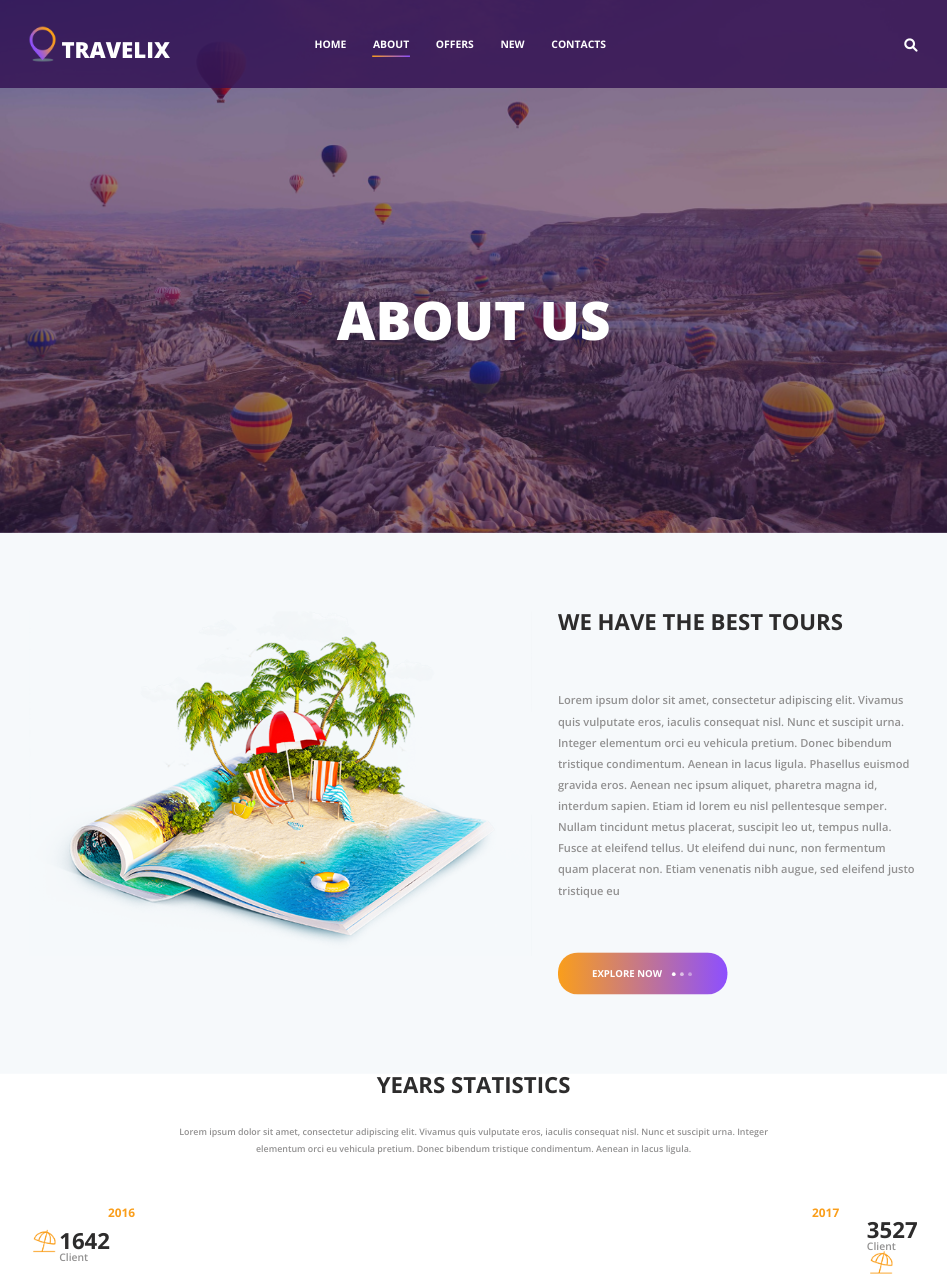
Repository: phamhuuloc/Travelix_Template
Page: about.html
An editor plug-in stored every save of this project. The page is shown before and after the next save, followed by the edit.
The browser window is 1280 px wide. The pictures show the whole page, at 74% of full size.
Backgrounds fixed to the window are drawn as part of the page. Some web fonts or font styles are not loaded; a fallback is used.

Above is the page before, as saved 2021-10-13 09:19:19.

### about.html
<!DOCTYPE html>
<html lang="en">
  <head>
    <meta charset="UTF-8" />
    <meta http-equiv="X-UA-Compatible" content="IE=edge" />
    <meta name="viewport" content="width=device-width, initial-scale=1.0" />
    <title>Document</title>
    <link rel="shortcut icon" href="./assets/img/logo.png" />
    <link
      href="https://fonts.googleapis.com/css2?family=Caramel&display=swap"
      rel="stylesheet"
    />
    <!-- GOOGLE FONT -->
    <link
      href="https://fonts.googleapis.com/css2?family=Birthstone&display=swap"
      rel="stylesheet"
    />
    <!-- FONT AWESOME -->
    <link
      rel="stylesheet"
      href="https://cdnjs.cloudflare.com/ajax/libs/font-awesome/6.0.0-beta2/css/all.min.css"
      integrity="sha512-YWzhKL2whUzgiheMoBFwW8CKV4qpHQAEuvilg9FAn5VJUDwKZZxkJNuGM4XkWuk94WCrrwslk8yWNGmY1EduTA=="
      crossorigin="anonymous"
      referrerpolicy="no-referrer"
    />
    <!-- CSS -->
    <link rel="stylesheet" href="./assets/css/reset.css" />
    <link rel="stylesheet" href="./assets/css/grid.css" />
    <link rel="stylesheet" href="./assets/css/base.css" />
    <link rel="stylesheet" href="./assets/css/about.css" />
  </head>
  <body>
    <header class="header">
      <div class="header-topbar" style="display: none">
        <div class="grid wide">
          <div class="header-topbar__container">
            <div class="row">
              <div class="col l-6">
                <div class="header-topbar__contact">
                  <ul>
                    <li>
                      <a href="">+84 945 000 917</a>
                    </li>
                    <li>
                      <a href=""><i class="fab fa-pinterest"></i></a>
                    </li>
                    <li>
                      <a href=""><i class="fab fa-facebook-f"></i></a>
                    </li>
                    <li>
                      <a href=""><i class="fab fa-twitter"></i></a>
                    </li>
                    <li>
                      <a href=""><i class="fab fa-dribbble"></i></a>
                    </li>
                    <li>
                      <a href=""><i class="fab fa-behance"></i></a>
                    </li>
                    <li>
                      <a href=""><i class="fab fa-linkedin-in"></i></a>
                    </li>
                  </ul>
                </div>
              </div>
              <div class="col l-6">
                <div class="header-topbar__login">
                  <ul>
                    <li><a href="">Login</a></li>
                    <li><a href="">|</a></li>
                    <li><a href="">Register</a></li>
                  </ul>
                </div>
              </div>
            </div>
          </div>
        </div>
      </div>
      <div class="header-nav">
        <div class="grid wide">
          <div class="header-nav__container">
            <div class="row">
              <div class="col l-3">
                <div class="logo">
                  <a href="" class="logo__link">
                    <img src="./assets/img/logo.png" alt="" />
                    <h2 class="logo__text">Travelix</h2>
                  </a>
                </div>
              </div>
              <div class="col l-6 m-0 c-0">
                <div class="nav-menu">
                  <ul class="nav-menu__list">
                    <li class="nav-menu__item">
                      <a href="index.html" class="nav-menu__link">Home</a>
                    </li>
                    <li class="nav-menu__item active">
                      <a href="./about.html" class="nav-menu__link">About</a>
                    </li>
                    <li class="nav-menu__item">
                      <a href="" class="nav-menu__link">Offers</a>
                    </li>
                    <li class="nav-menu__item">
                      <a href="" class="nav-menu__link">New</a>
                    </li>
                    <li class="nav-menu__item">
                      <a href="" class="nav-menu__link">Contacts</a>
                    </li>
                  </ul>
                </div>
              </div>
              <div class="col l-3">
                <div class="header-search">
                  <i class="fas fa-search header-search__icon"></i>
                </div>
              </div>
            </div>
          </div>
        </div>
      </div>
    </header>
    <div class="home">
      <div
        class="home-background"
        style="background-image: url(./assets/img/about.jpg)"
      ></div>
      <div class="home__title"><h1>About us</h1></div>
    </div>
    <section class="intro">
      <div class="grid wide">
        <div class="intro__container">
          <div class="row">
            <div class="col l-7 intro__img">
              <img src="./assets/img/intro_about.png" alt="" />
            </div>
            <div class="col l-5 intro__content">
              <h2 class="intro__title">WE HAVE THE BEST TOURS</h2>
              <p class="intro__desc">
                Lorem ipsum dolor sit amet, consectetur adipiscing elit. Vivamus
                quis vulputate eros, iaculis consequat nisl. Nunc et suscipit
                urna. Integer elementum orci eu vehicula pretium. Donec bibendum
                tristique condimentum. Aenean in lacus ligula. Phasellus euismod
                gravida eros. Aenean nec ipsum aliquet, pharetra magna id,
                interdum sapien. Etiam id lorem eu nisl pellentesque semper.
                Nullam tincidunt metus placerat, suscipit leo ut, tempus nulla.
                Fusce at eleifend tellus. Ut eleifend dui nunc, non fermentum
                quam placerat non. Etiam venenatis nibh augue, sed eleifend
                justo tristique eu
              </p>
              <div class="intro__btn">
                <div class="btn">
                  <div class="btn-bg"></div>
                  <a href="#" class="btn-link">
                    explore now
                    <span></span>
                    <span></span>
                    <span></span>
                  </a>
                </div>
              </div>
            </div>
          </div>
        </div>
      </div>
    </section>
    <section class="stats">
      <div class="grid wide">
        <div class="stats__container">
          <h2 class="stats__title">YEARS STATISTICS</h2>
          <div class="wrap_text">
            <p class="stats__text">
              Lorem ipsum dolor sit amet, consectetur adipiscing elit. Vivamus
              quis vulputate eros, iaculis consequat nisl. Nunc et suscipit
              urna. Integer elementum orci eu vehicula pretium. Donec bibendum
              tristique condimentum. Aenean in lacus ligula.
            </p>
          </div>
          <div class="stats__year">
            <div class="stats__year-last">2016</div>
            <div class="stats__year-new">2017</div>
          </div>
          <div class="stats__content">
            <div class="stats__item">
              <div class="stats__last">
                <div class="stats__icon">
                  <img src="./assets/img/stats_1.png" alt="" />
                </div>
                <div class="stats__content">
                  <div class="stats__number">1642</div>
                  <div class="stats__type">Client</div>
                </div>
              </div>
              <div class="stats__bar">
                <div class="stats__bar-perc"></div>
              </div>
              <div class="stats__new">
                <div class="stats__content">
                  <div class="stats__number">3527</div>
                  <div class="stats__type">Client</div>
                </div>
                <div class="stats__icon">
                  <img src="./assets/img/stats_1.png" alt="" />
                </div>
              </div>
            </div>
          </div>
        </div>
      </div>
    </section>
  </body>
</html>

### assets/css/grid.css
.grid {
  width: 100%;
  padding: 0;
}
.grid.wide {
  max-width: 1200px;

  margin: 0 auto;
}
.row {
  display: flex;
  flex-wrap: wrap;
  margin-left: -4px;
  margin-right: -4px;
}
.row.no-gutters {
  margin-left: 0;
  margin-right: 0;
}
.col {
  padding-left: 4px;
  padding-right: 4px;
}
.row.no-gutters .col {
  margin-left: 0;
  margin-right: 0;
}

.c-0 {
  display: none;
}

.c-1 {
  flex: 0 0 8.33333%;
  max-width: 8.33333%;
}

.c-2 {
  flex: 0 0 16.66667%;
  max-width: 16.66667%;
}

.c-3 {
  flex: 0 0 25%;
  max-width: 25%;
}

.c-4 {
  flex: 0 0 33.33333%;
  max-width: 33.33333%;
}

.c-5 {
  flex: 0 0 41.66667%;
  max-width: 41.66667%;
}

.c-6 {
  flex: 0 0 50%;
  max-width: 50%;
}

.c-7 {
  flex: 0 0 58.33333%;
  max-width: 58.33333%;
}

.c-8 {
  flex: 0 0 66.66667%;
  max-width: 66.66667%;
}

.c-9 {
  flex: 0 0 75%;
  max-width: 75%;
}

.c-10 {
  flex: 0 0 83.33333%;
  max-width: 83.33333%;
}

.c-11 {
  flex: 0 0 91.66667%;
  max-width: 91.66667%;
}

.c-12 {
  flex: 0 0 100%;
  max-width: 100%;
}

.c-o-1 {
  margin-left: 8.33333%;
}

.c-o-2 {
  margin-left: 16.66667%;
}

.c-o-3 {
  margin-left: 25%;
}

.c-o-4 {
  margin-left: 33.33333%;
}

.c-o-5 {
  margin-left: 41.66667%;
}

.c-o-6 {
  margin-left: 50%;
}

.c-o-7 {
  margin-left: 58.33333%;
}

.c-o-8 {
  margin-left: 66.66667%;
}

.c-o-9 {
  margin-left: 75%;
}

.c-o-10 {
  margin-left: 83.33333%;
}

.c-o-11 {
  margin-left: 91.66667%;
}
/* TABLET */
@media (min-width: 740px) {
  .row {
    margin-left: -8px;
    margin-right: -8px;
  }
  .col {
    padding-right: 8px;
    padding-left: 8px;
  }
  .m-0 {
    display: none;
  }
  .m-1,
  .m-2,
  .m-3,
  .m-4,
  .m-5,
  .m-6,
  .m-7,
  .m-8,
  .m-9,
  .m-10,
  .m-11,
  .m-12 {
    display: block;
  }

  .m-1 {
    flex: 0 0 8.33333%;
    max-width: 8.33333%;
  }

  .m-2 {
    flex: 0 0 16.66667%;
    max-width: 16.66667%;
  }

  .m-3 {
    flex: 0 0 25%;
    max-width: 25%;
  }

  .m-4 {
    flex: 0 0 33.33333%;
    max-width: 33.33333%;
  }

  .m-5 {
    flex: 0 0 41.66667%;
    max-width: 41.66667%;
  }

  .m-6 {
    flex: 0 0 50%;
    max-width: 50%;
  }

  .m-7 {
    flex: 0 0 58.33333%;
    max-width: 58.33333%;
  }

  .m-8 {
    flex: 0 0 66.66667%;
    max-width: 66.66667%;
  }

  .m-9 {
    flex: 0 0 75%;
    max-width: 75%;
  }

  .m-10 {
    flex: 0 0 83.33333%;
    max-width: 83.33333%;
  }

  .m-11 {
    flex: 0 0 91.66667%;
    max-width: 91.66667%;
  }

  .m-12 {
    flex: 0 0 100%;
    max-width: 100%;
  }

  .m-o-1 {
    margin-left: 8.33333%;
  }

  .m-o-2 {
    margin-left: 16.66667%;
  }

  .m-o-3 {
    margin-left: 25%;
  }

  .m-o-4 {
    margin-left: 33.33333%;
  }

  .m-o-5 {
    margin-left: 41.66667%;
  }

  .m-o-6 {
    margin-left: 50%;
  }

  .m-o-7 {
    margin-left: 58.33333%;
  }

  .m-o-8 {
    margin-left: 66.66667%;
  }

  .m-o-9 {
    margin-left: 75%;
  }

  .m-o-10 {
    margin-left: 83.33333%;
  }

  .m-o-11 {
    margin-left: 91.66667%;
  }
}
/* PC MEDIUM RESOLUTION */
@media (min-width: 1113px) {
  .row {
    margin-left: -12px;
    margin-right: -12px;
  }
  .row.sm-gutter {
    margin-left: -8px;
    margin-right: -8px;
  }
  .col {
    padding-left: 12px;
    padding-right: 12px;
  }
  .row.sm-gutter .col {
    padding-left: 8px;
    padding-right: 8px;
  }
  .l-0 {
    display: none;
  }

  .l-1,
  .l-2,
  .l-2-4,
  .l-3,
  .l-4,
  .l-5,
  .l-6,
  .l-7,
  .l-8,
  .l-9,
  .l-10,
  .l-11,
  .l-12 {
    display: block;
  }

  .l-1 {
    flex: 0 0 8.33333%;
    max-width: 8.33333%;
  }

  .l-2 {
    flex: 0 0 16.66667%;
    max-width: 16.66667%;
  }

  .l-2-4 {
    flex: 0 0 20%;
    max-width: 20%;
  }

  .l-3 {
    flex: 0 0 25%;
    max-width: 25%;
  }

  .l-4 {
    flex: 0 0 33.33333%;
    max-width: 33.33333%;
  }

  .l-5 {
    flex: 0 0 41.66667%;
    max-width: 41.66667%;
  }

  .l-6 {
    flex: 0 0 50%;
    max-width: 50%;
  }

  .l-7 {
    flex: 0 0 58.33333%;
    max-width: 58.33333%;
  }

  .l-8 {
    flex: 0 0 66.66667%;
    max-width: 66.66667%;
  }

  .l-9 {
    flex: 0 0 75%;
    max-width: 75%;
  }

  .l-10 {
    flex: 0 0 83.33333%;
    max-width: 83.33333%;
  }

  .l-11 {
    flex: 0 0 91.66667%;
    max-width: 91.66667%;
  }

  .l-12 {
    flex: 0 0 100%;
    max-width: 100%;
  }

  .l-o-1 {
    margin-left: 8.33333%;
  }

  .l-o-2 {
    margin-left: 16.66667%;
  }

  .l-o-3 {
    margin-left: 25%;
  }

  .l-o-4 {
    margin-left: 33.33333%;
  }

  .l-o-5 {
    margin-left: 41.66667%;
  }

  .l-o-6 {
    margin-left: 50%;
  }

  .l-o-7 {
    margin-left: 58.33333%;
  }

  .l-o-8 {
    margin-left: 66.66667%;
  }

  .l-o-9 {
    margin-left: 75%;
  }

  .l-o-10 {
    margin-left: 83.33333%;
  }

  .l-o-11 {
    margin-left: 91.66667%;
  }
}
/* TABLET AND PC */
@media (min-width: 740px) and (max-width: 1023px) {
  .wide {
    width: 644px;
  }
}
/* > PC  LOW RESOLUTION */
@media (min-width: 1024px) and (max-width: 1239px) {
  .wide {
    width: 984px;
  }
}
.form__item {
  display: flex;
  flex-direction: column;
}

### assets/css/base.css
@import url("https://fonts.googleapis.com/css?family=Open+Sans:300,400,600,700,800");
@font-face {
  font-family: "Beyond";
  src: url("../fonts/beyond_the_mountains.otf") format("truetype"),
    url("../fonts/beyond_the_mountains.ttf") format("opentype");
}

:root {
  --topbar-height: 3.6rem;
  --white-color: white;
  --gray-color: #929191;
  --primary-color: #fa9e1b;
  --bg-btn: linear-gradient(to right, #fa9e1b, #8d4fff, #fa9e1b);
  --bg-section: linear-gradient(to top right, #fa9e1b, #8d4fff);
  --black-color: #2d2c2c;
}
* {
  margin: 0;
  padding: 0;
  box-sizing: border-box;
}
html {
  font-size: 62.5%;
}
body {
  font-family: "Open Sans", sans-serif;
  text-rendering: optimizeLegibility;
  -webkit-font-smoothing: antialiased;
}
a {
  text-decoration: none;
}
i {
  display: block;
  width: 100%;
}
ul {
  list-style: none;
}
select {
  -webkit-appearance: none;
  -moz-appearance: none;
  text-indent: 1px;
  text-overflow: "";
}
img {
  display: block;
  max-width: 100%;
}
/* FONT */
@import url(https://fonts.googleapis.com/css?family=Open+Sans:300,400,600,700,800);
@font-face {
  font-family: "Beyond";
  src: url(../font/beyond_the_mountains.otf) format("truetype"),
    url(../font/beyond_the_mountains.ttf) format("opentype");
}
/* BUTTON */
/*  */
/* HEADER */

.header-topbar {
  height: var(--topbar-height);
  background-color: rgb(53, 10, 78);
}
.header-topbar li:hover a {
  color: var(--primary-color);
  transition: all 300ms ease;
}
.header-topbar__contact ul {
  display: flex;
  align-items: center;
  height: var(--topbar-height);
}
.header-topbar__contact li a {
  color: white;
  font-size: 1.2rem;
  margin-right: 2rem;
  text-transform: uppercase;
}
.header-topbar__login ul {
  height: var(--topbar-height);
  display: flex;
  align-items: center;
  justify-content: flex-end;
}
.header-topbar li a {
  color: var(--white-color);
  font-size: 1.2rem;
  padding: 0 2px;
  text-transform: uppercase;
}
.header-nav {
  background: rgba(54, 19, 84, 0.85);
  padding: 3.6rem 0;
  position: fixed;
  z-index: 99;
  width: 100%;
}
.logo__link {
  display: flex;
  align-items: flex-end;
}
.logo__text {
  color: var(--white-color);
  font-weight: 800;
  font-size: 3rem;
  text-transform: uppercase;
  margin-left: 8px;
}
.nav-menu {
  height: 100%;
  display: flex;
  align-items: center;
}
.nav-menu__list {
  width: 100%;
  display: flex;
  align-items: center;
  justify-content: center;
}
.nav-menu__link {
  font-size: 1.4rem;
  color: var(--white-color);
  font-weight: 650;
  text-transform: uppercase;
  margin-right: 3.6rem;
  position: relative;
}
.nav-menu__link::after {
  content: "";
  display: block;
  position: absolute;
  left: -1px;
  bottom: -8px;
  width: calc(100% + 2px);
  height: 2px;
  opacity: 0;
  transition: all 300ms ease;
  background: linear-gradient(to right, #fa9e1b, #8d4fff);
}
.active .nav-menu__link::after {
  opacity: 1;
}
.nav-menu__item:hover .nav-menu__link::after {
  opacity: 1;
}
.header-search {
  height: 100%;
  display: flex;
  align-items: center;
  justify-content: flex-end;
}
.header-search__icon {
  display: contents;
  text-align: right;
  color: var(--white-color);
  font-size: 1.8rem;
  font-weight: 600;
  cursor: pointer;
}
.header-search__icon:hover {
  color: var(--primary-color);
  transition: all 300ms ease;
}
/* HOME */
.home {
  position: relative;
  width: 100%;
  height: 100vh;
  background: #31124b;
}
.home-background {
  position: absolute;
  top: 0;
  left: 0;
  width: 100%;
  height: 100%;
  background-repeat: no-repeat;
  background-position: center center;
  background-size: cover;
  opacity: 0.5;
}
.home-container {
  position: absolute;
  top: 50%;
  left: 50%;
  transform: translate(-50%, -50%);
}
.home-title__heading {
  font-size: 9.2rem;
  color: var(--white-color);
  font-weight: 900;
  text-transform: uppercase;
}
.home-title__heading:nth-child(2) {
  font-family: Beyond;
  font-size: 6rem;
  text-align: center;
}
/*home button */
.btn {
  display: inline-block;
  border-radius: 27px;
  overflow: hidden;
  position: relative;
  margin-top: 70px;
  left: 50%;
  transform: translateX(-50%);
}
.btn:hover .btn-bg {
  transform: translateX(-50%);
}
.btn-bg {
  z-index: 0;
  position: absolute;
  top: 0;
  left: 0;
  width: 200%;
  height: 100%;
  background: var(--bg-btn);
  transition: all 400ms ease;
  cursor: pointer;
}
.btn-link {
  display: block;
  font-size: 13px;
  font-weight: 700;
  color: #fff;
  text-transform: uppercase;
  padding: 2.2rem 0;
  padding-left: 46px;
  padding-right: 46px;
  white-space: nowrap;
  position: relative;
}
.btn-link span {
  display: inline-block;
  background-color: white;
  width: 5.5px;
  height: 5.5px;
  border-radius: 50%;
  vertical-align: middle;
  margin-right: 2px;
}
.btn-link span:first-child {
  margin-left: 1rem;
}
.btn-link span:nth-child(2) {
  opacity: 0.6;
}
.btn-link span:last-child {
  opacity: 0.4;
}
/* CONTACT FORM */
.contact {
  margin-top: 10.3rem;
  width: 100%;
  padding-bottom: 105px;
  position: relative;
}
.contact-background {
  position: absolute;
  bottom: -34px;
  width: 100%;
  height: 114%;
  background-size: cover;
  background-position: center center;
  background-repeat: no-repeat;
}
.contact-container {
  position: relative;
  z-index: 2;
}
.contact-form {
  background: var(--bg-section);
  padding: 8.4rem 7.6rem 4.8rem;
}
.form-heading {
  font-size: 3rem;
  font-weight: 700;
  color: var(--white-color);
  text-transform: uppercase;
  margin-bottom: 8.6rem;
}
.form-input {
  color: var(--white-color);
  font-size: 1.6rem;
  padding: 1rem;
  width: 100%;
  border: 0;
  border-bottom: 2px solid white;
  background-color: transparent;
  margin-bottom: 3rem;
  outline: none;
}
.form-input::-webkit-input-placeholder {
  color: white;
  font-size: 1.4rem;
}
.input-messages {
  /* height: 126px; */
}
.contact-btn {
  margin-top: 5rem;
  border-radius: 2.7rem;
  background-color: #31124b;
  display: inline-flex;
  align-items: center;
  justify-content: center;
  cursor: pointer;
}
.contact-btn:hover {
  opacity: 0.8;
  transition: all 0.3s ease;
}
.contact-btn .btn-link {
  padding: 22px 29px;
}
/* FOOTER */
.footer {
  background: #31124b;
  padding: 8.5rem 10.3rem 11.8rem;
  /* position: absolute; */
}
.footer__item {
  position: relative;
}
.footer__logo {
  position: absolute;
  top: -2.9rem;
}
.footer__about {
  padding-top: 67px;
}
.footer__about-desc {
  font-size: 1.6rem;
  font-weight: 600;
  color: var(--white-color);
  line-height: 2;
  margin-bottom: 2rem;
}
.social-list {
  display: flex;
}
.social-item {
  display: flex;
  align-items: center;
  justify-content: center;
  width: 3.1rem;
  height: 3.1rem;
  border-radius: 50%;
  margin-right: 12px;
  cursor: pointer;
  transition: all 0.3s ease;
  border: 1px solid var(--primary-color);
}
.social-item:hover {
  background-color: var(--primary-color);
}
.social-item a i {
  font-size: 10px;
  color: var(--white-color);
}
.footer__blog-item {
  display: flex;
  margin-bottom: 2.1rem;
}
.footer__blog-item img {
  margin-right: 20px;
}
.footer__blog-content {
  display: flex;
  flex-direction: column;
}
.footer__blog-title {
  font-size: 1.4rem;
  color: var(--white-color);
  margin-bottom: 1.4rem;
  cursor: pointer;
}
.footer__blog-title:hover {
  color: var(--primary-color);
}
.footer__blog-date {
  font-size: 1.2rem;
  color: var(--primary-color);
}
.tag__item {
  display: flex;
  align-items: center;
  justify-content: center;
  padding: 12px 25px;
  margin-right: 9px;
  margin-bottom: 9px;
  border: 1px solid var(--primary-color);
  transition: all 0.3s ease;
  float: left;
  cursor: pointer;
}
.tag__item:hover {
  cursor: pointer;
  background-color: var(--primary-color);
}
.tag__item a {
  color: var(--white-color);
  font-size: 1.4rem;
  font-weight: 600;
}
.contact__info-item {
  display: flex;
}
.contact__info-icon {
  width: 2rem;
  height: 2rem;
  margin-right: 8px;
}
.contact__info-text {
  font-size: 1.4rem;
  color: var(--white-color);
  line-height: 1.8;
  margin-bottom: 2.4rem;
}
.copyright {
  background: #1f0733;
  padding: 20px 0;
}
.copyright__container {
  color: var(--white-color);
  font-size: 1.6rem;
}
.copyright__container a {
  transition: all 0.3s ease;
  color: blue;
}
.copyright__container a:hover {
  color: var(--primary-color);
}
.copyright__container i {
  display: contents;
  color: red;
}

### assets/css/about.css
.home-background {
  background-repeat: no-repeat;
  background-position: bottom center;
  background-attachment: fixed;
  background-size: cover;
}
.home__title {
  position: absolute;
  top: 55%;
  left: 50%;
  transform: translateX(-50%);
}
.home__title h1 {
  font-size: 7.2rem;
  font-weight: 800;
  color: var(--white-color);
  text-transform: uppercase;
}
/* INTRO */
.intro {
  padding: 10.6rem 0;
  background-color: #f6f9fb;
}
.intro__title {
  font-size: 3rem;
  font-weight: 700;
  color: var(--black-color);
  margin-bottom: 7.6rem;
  text-transform: uppercase;
}
.intro__desc {
  font-size: 1.5rem;
  font-weight: 600;
  color: var(--gray-color);
  line-height: 1.9;
}
.intro__btn .btn {
  left: 0;
  transform: translateX(0);
}
.stats__title {
  text-align: center;
  font-size: 3rem;
  font-weight: 700;
  color: var(--black-color);
  margin-bottom: 3.8rem;
}
.wrap_text {
  text-align: center;
  display: flex;
  justify-content: center;
  margin-bottom: 6.6rem;
}
.stats__text {
  font-size: 1.2rem;
  font-weight: 600;
  line-height: 1.9;
  color: var(--gray-color);
  max-width: 84rem;
}
.stats__year {
  display: flex;
  align-items: center;
  justify-content: space-between;
  padding: 0 10.6rem;
}
.stats__year-last,
.stats__year-new {
  font-size: 1.6rem;
  font-weight: 700;
  color: var(--primary-color);
}
.stats__item {
  display: flex;
  align-items: center;
  justify-content: space-between;
}
.stats__last {
  display: flex;
}
.stats__number {
  font-size: 3rem;
  font-weight: 700;
  color: var(--black-color);
}
.stats__type {
  font-size: 1.4rem;
  font-weight: 600;
  color: var(--gray-color);
}

Loaded but not shown: assets/css/reset.css (common file)

After the next save:
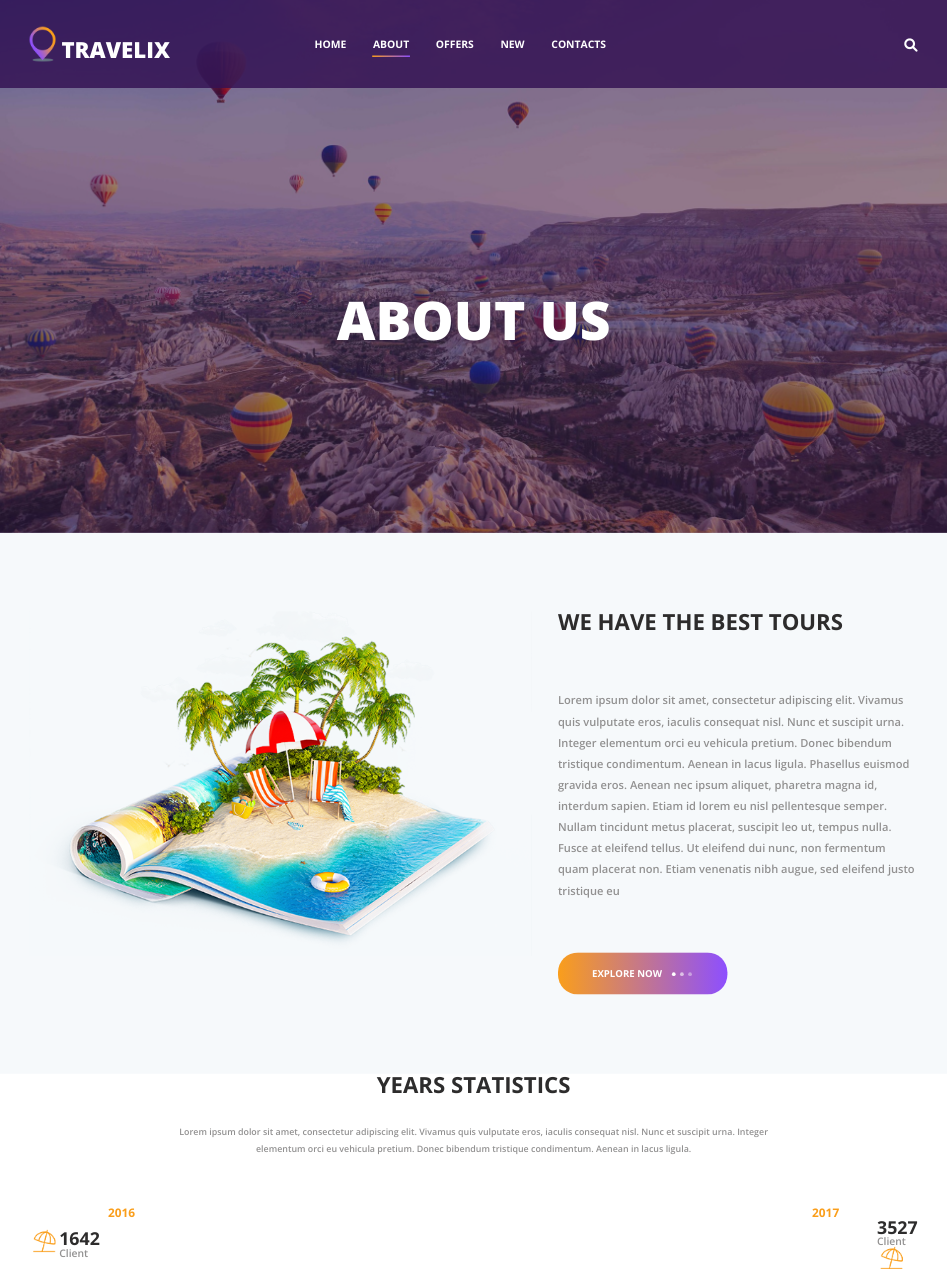
Saved 5 s later.
--- a/assets/css/about.css
+++ b/assets/css/about.css
@@ -79,7 +79,7 @@
   display: flex;
 }
 .stats__number {
-  font-size: 3rem;
+  font-size: 2.4rem;
   font-weight: 700;
   color: var(--black-color);
 }
